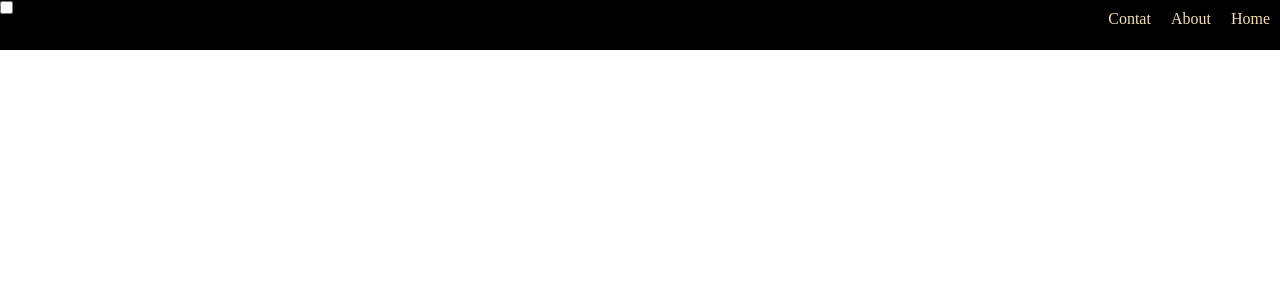
Repository: imokha01/toggleNavBar
Page: index.html
The author's editor kept a copy of each file at every save. The page is drawn from the files as they stood at one save, then again after the next save.
The browser window is 1280 px wide. The pictures show the whole page.

Above is the page before, as saved 2023-12-26 22:13:56.

### index.html
<!DOCTYPE html>
<html lang="en">
<head>
    <meta charset="UTF-8">
    <meta name="viewport" content="width=device-width, initial-scale=1.0">
    <title>Toggle Nav Bar</title>
    <link rel="stylesheet" href="style.css">
</head>
<body>
    <header class="header">
        <div class="header__content">
            <nav class="header__content__navbar">
                <li class="header__content__navbar__list">
                    <a href="#" class="header__content__navbar__link">Home</a>
                </li>
                <li class="header__content__navbar__list">
                    <a href="#" class="header__content__navbar__link">About</a>
                </li>
                <li class="header__content__navbar__list">
                    <a href="#" class="header__content__navbar__link">Contat</a>
                </li>
            </nav>
            <input type="checkbox" class="checkbox toggle-triger">
        </div>

    </header>
</body>
</html>

### style.css
*{
    margin: 0;
    padding: 0;
    box-sizing: border-box;
}

.header {
    height: 20px;
    background: #000;
    height: 50px;

}


.header__content__navbar__list {
    display: inline;
    list-style-type: none;
}

.header__content__navbar__link{
    color: wheat;
    text-decoration: none;
    float: right;
    margin: auto;
    padding: 10px

}

After the next save:
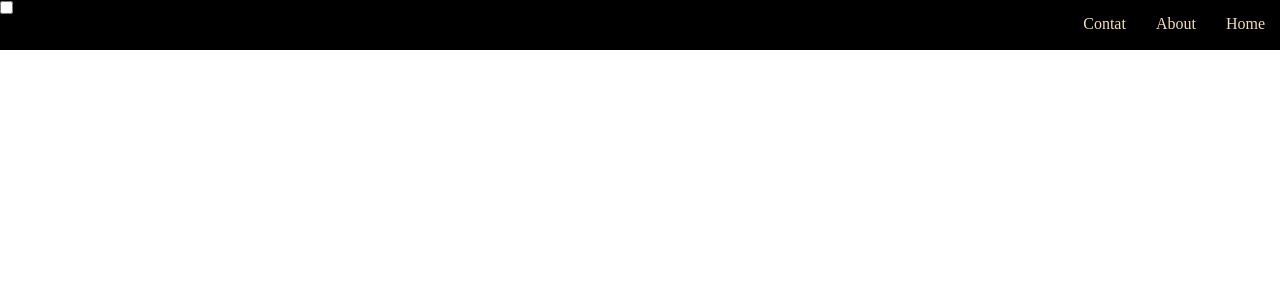
Saved 9 s later.
--- a/style.css
+++ b/style.css
@@ -22,6 +22,6 @@
     text-decoration: none;
     float: right;
     margin: auto;
-    padding: 10px
+    padding: 15px
 
 }
